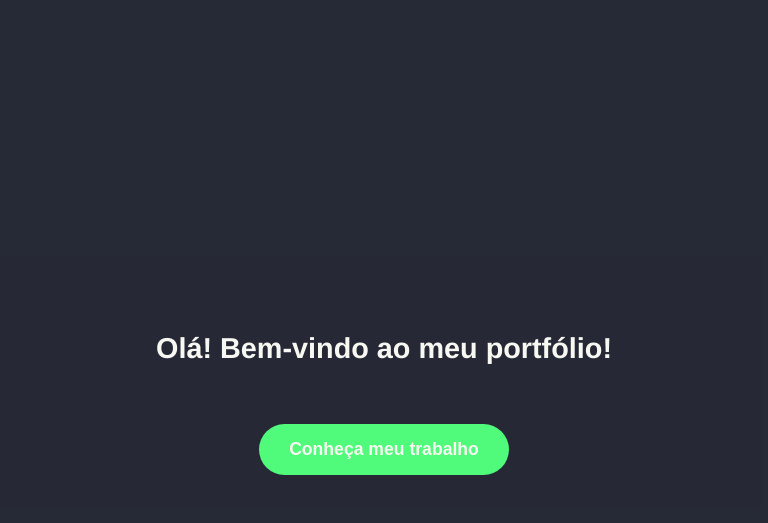
Repository: dan2135/Meu-portif-lio
Page: index.html
An editor plug-in stored every save of this project. The page is shown before and after a run of saves, followed by the edit.
The browser window is 768 px wide. The pictures show the window.
A layer covers the whole window, so only the first screen is drawn.

Above is the page before, as saved 2025-09-26 14:45:06.

### index.html
<!DOCTYPE html>
<html lang="pt-br">
<head>
    <meta charset="UTF-8">
    <meta name="viewport" content="width=device-width, initial-scale=1.0">
    <title>portfólio Daniel</title>
    <link rel="shortcut icon" href="/img/logdev.png" type="image/x-icon">
    <link rel="stylesheet" href="https://cdnjs.cloudflare.com/ajax/libs/font-awesome/6.4.0/css/all.min.css">
 <link rel="stylesheet" href="style.css">

</head>
<body>
    <div class="bg-animation"></div>

    <div id="ola">
        <p>Olá! Bem-vindo ao meu portfólio!</p>
        <button id="sjb" onclick="mostrarConteudo()">Conheça meu trabalho</button>
    </div>

    <div id="conteudo">
        <header>
            <div class="nome">
                <p>Daniel Carlos | Desenvolvedor Front-end</p>
            </div>
            <button class="menu-btn" aria-label="Abrir menu">&#9776;</button>
            <nav>
                <a href="#sobre">Sobre</a>
                <a href="#skills">Habilidades</a>
                <a href="#projetos">Projetos</a>
                <a href="#contato">Contato</a>
            </nav>
        </header>

        <main>
            <section id="sobre">
                <h1>Olá, eu sou o Daniel!</h1>
               <p>Sou <strong>desenvolvedor web autônomo</strong>, com experiência prática em projetos como <strong>FAQ dinâmico</strong>, <strong>pop-ups interativos para download de documentos</strong> e <strong>carrosséis de feedbacks em landing pages</strong>.</p>
<p>Durante minha formação inicial no <strong>Instituto da Oportunidade Social (IOS) em Santana</strong>, adquiri conhecimentos em <strong>HTML, CSS, Git/GitHub, Pacote Office</strong> e uma introdução ao <strong>JavaScript</strong>.</p>
<p>Mais tarde, ampliei meu aprendizado na faculdade, estudando <strong>C</strong>, <strong>gestão estratégica</strong> e <strong>fundamentos de hardware e software</strong>, o que me deu uma base sólida para compreender todo o ciclo de desenvolvimento de sistemas.</p>
<p>Atualmente, possuo <strong>conhecimento intermediário em JavaScript</strong>, noções básicas de <strong>React</strong> e sigo em constante aprendizado, explorando boas práticas de <strong>UX/UI</strong> e ferramentas de <strong>versionamento e automação</strong> para evoluir como desenvolvedor.</p>
<p>Tenho facilidade para <strong>trabalhar em equipe</strong>, sou <strong>adaptável a novas tecnologias</strong> e busco sempre entregar <strong>soluções eficientes e escaláveis</strong> que contribuam para o crescimento e sucesso dos projetos.</p>
<p>Meu objetivo é continuar ampliando minhas habilidades técnicas e criativas para desenvolver aplicações web modernas que unam performance, acessibilidade e uma ótima experiência para o usuário.</p>



            </section>

               <section id="skills">
                <h2>💻 Tecnologias que conheço</h2>
                <div class="skills-grid">
                    <div class="skill-card">
                        <i class="fab fa-html5"></i>
                        <h3>HTML5</h3>
                        <p>Marcacao semântica e acessível</p>
                    </div>
                    <div class="skill-card">
                        <i class="fab fa-css3-alt"></i>
                        <h3>CSS3</h3>
                        <p>Estilizacao moderna e responsiva</p>
                    </div>
                    <div class="skill-card">
                        <i class="fab fa-js"></i>
                        <h3>JavaScript</h3>
                        <p>Interatividade e lógica de aplicacao</p>
                    </div>
                    <div class="skill-card">
                        <i class="fab fa-react"></i>
                        <h3>React</h3>
                        <p>Interfaces componentizadas</p>
                    </div>
                    <div class="skill-card">
                        <i class="fab fa-bootstrap"></i>
                        <h3>Bootstrap</h3>
                        <p>Framework CSS para designs responsivos</p>
                    </div>
                    <div class="skill-card">
                        <i class="fab fa-git-alt"></i>
                        <h3>Git</h3>
                        <p>Controle de versao e colaboracao</p>
                    </div>
                </div>
            </section>

            <section id="projetos">
                <h2>🚀 Projetos</h2>
                <p>Confira alguns projetos que desenvolvi durante meus estudos:</p>
                <div class="projetos-grid">
                    <div class="projeto-card">
                        <div class="projeto-img">
                            <i class="fas fa-desktop"></i>
                        </div>
                        <div class="projeto-info">
                            <h3>Faq Laudo facil</h3>
                            <p>Repositório dedicado à seção de Perguntas Frequentes (FAQ) do Laudo Fácil, contendo conteúdo e código para esclarecer dúvidas de usuários e otimizar a experiência na plataforma.</p>
                            <a href="https://faqlaudo.netlify.app" target="_blank" class="projeto-link">Ver Projeto</a>
                        </div>
                    </div>

                    <div class="projeto-card">
                        <div class="projeto-img">
                            <i class="fas fa-calculator"></i>
                        </div>
                        <div class="projeto-info">
                            <h3>Converso de USD para BRl</h3>
                            <p>Aplicação desenvolvida em HTML, CSS e JavaScript, que reúne uma calculadora funcional com operações matemáticas básicas e um conversor de USD para BRL.<p>
                            <a href="https://conversordolarreal.netlify.app" class="projeto-link" target="_blank">Ver Projeto</a>
                        </div>
                    </div>

                    <div class="projeto-card">
                        <div class="projeto-img">
                           <i class="fa-solid fa-clapperboard"></i>
                        </div>
                        <div class="projeto-info">
                            <h3>Stat viewer</h3>
                            <p>State Viewer – Plataforma web inspirada no Letterboxd para avaliação e descrição de filmes, séries e outras obras.
                                 Permite cadastrar títulos, escrever reviews e acompanhar o que já foi assistido, com interface responsiva e foco em usabilidade.</p>
                            <a href="https://moviestatsviewer.netlify.app/" target="_blank" class="projeto-link">Ver Projeto</a>
                        </div>
                    </div>
                </div>
            </section>

            <section id="contato">
                <h2>📫 Contato</h2>
                <p>Entre em contato comigo por:</p>
                <ul class="contato-links">
                    <li>
                        <i class="fas fa-envelope"></i>
                        <a href="mailto:danielcarlos2135@gmail.com">
                        <span>danielcarlos2135@gmail.com</span></a>
                    </li>
                    <li>
                        <i class="fab fa-linkedin"></i>
                        <a href="https://www.linkedin.com/in/daniel-carlos-963418241" target="_blank">LinkedIn</a>
                    </li>
                    <li>
                        <i class="fab fa-github"></i>
                        <a href="https://github.com/dan2135" target="_blank">GitHub</a>
                    </li>
                    <li>
                        <i class="fab fa-whatsapp"></i>
                        <a href="https://wa.me/5511919988939">
                        <span>(11) 91998-8939</span>
                        </a>
                    </li>
                </ul>
            </section>
        </main>

        <footer>
            <p>&copy; 2023 Daniel Carlos. Todos os direitos reservados.</p>
        </footer>
    </div>

    <script src="script.js">
        // Função para mostrar o conteúdo principal

    </script>
</body>
</html>

### style.css
/* Seu CSS com algumas adaptações */
* {
    margin: 0;
    padding: 0;
    box-sizing: border-box;
}

:root {
    --bg: #282A36;
    --text: #F8F8F2;
    --fundo: #BD93F9;
    --card-bg: #44475A;
    --button-bg: #50FA7B;
    --button-hover: #8BE9FD;
    --highlight: #FF79C6;
    --sombra: 0 4px 20px rgba(0, 0, 0, 0.3);
    --transit: 0.4s ease;
}

body {
    background-color: var(--bg);
    font-family: 'Helvetica Neue', Arial, sans-serif;
    color: var(--text);
    line-height: 1.6;
}

.bg-animation {
    position: fixed;
    top: 0;
    left: 0;
    width: 100%;
    height: 100%;
    z-index: -1;
    background: linear-gradient(45deg, #0f3460, #1a1a2e, #16213e, #1a1a2e);
    background-size: 400% 400%;
    animation: gradientBG 15s ease infinite;
    overflow: hidden;
}

@keyframes gradientBG {
    0% {
        background-position: 0% 50%;
    }

    50% {
        background-position: 100% 50%;
    }

    100% {
        background-position: 0% 50%;
    }
}

/* Tela de boas-vindas */
#ola {
    position: fixed;
    top: 0;
    left: 0;
    width: 100%;
    height: 100vh;
    display: flex;
    flex-direction: column;
    justify-content: center;
    align-items: center;
    background: rgba(40, 42, 54, 0.95);
    z-index: 1000;
    transition: opacity 0.8s ease, visibility 0.8s;
}

#ola.hidden {
    opacity: 0;
    visibility: hidden;
}

#ola p {
    color: var(--text);
    font-size: 2.5rem;
    font-weight: bold;
    margin-bottom: 2rem;
    text-align: center;
    animation: fadeIn 1.5s ease;
}

#sjb {
    color: var(--text);
    font-size: 1.1rem;
    font-weight: bold;
    border: none;
    border-radius: 30px;
    padding: 15px 30px;
    margin-top: 20px;
    cursor: pointer;
    transition: all 0.7s ease;
    background-color: var(--button-bg);
    display: inline-block;
}

#sjb:hover {
    background-color: var(--button-hover);
    transform: translateY(-4px);
}

/* Conteúdo principal */
#conteudo {
    opacity: 0;
    transform: translateY(20px);
    transition: opacity 0.8s ease, transform 0.8s ease;
    display: block;
}

#conteudo.visible {
    opacity: 1;
    transform: translateY(0);
}

/* Header */
header {
    background-color: rgba(22, 33, 62, 0.9);
    width: 100%;
    padding: 1.3rem 5%;
    display: flex;
    justify-content: space-between;
    align-items: center;
    box-shadow: var(--sombra);
    position: sticky;
    top: 0;
    z-index: 100;
}

.menu-btn {
    font-size: 1.8rem;
    background: none;
    border: none;
    color: #fff;
    cursor: pointer;
    display: none;
    /* Escondido no desktop */
}


.nome {
    color: var(--text);
    font-size: 1.2rem;
    font-weight: bold;
}

nav {
    display: flex;
    align-items: center;
    gap: 1.5rem;
}

nav a {
    color: var(--text);
    text-decoration: none;
    font-weight: bold;
    padding: 0.5rem;
    transition: color 0.3s;
    position: relative;
    overflow: hidden;
}

nav a:hover {
    color: var(--button-hover);
}

nav a::after {
    content: '';
    position: absolute;
    left: 0;
    bottom: 0;
    width: 100%;
    height: 2px;
    background-color: var(--button-hover);
    transform: translateY(100%);
    transition: transform 0.3s ease;
}

nav a.active::after,


nav a:hover::after {
    transform: translateY(0);
}

/* Seções */
section {
    padding: 6rem 5%;
    max-width: 1200px;
    margin: 0 auto;
    min-height: 100vh;
    display: flex;
    flex-direction: column;
    justify-content: center;
    opacity: 0;
    transform: translateY(50px) scale(0.95);
    transition: all 0.4s var(--transit);
    animation: fadeIn 1.5s ease;
}

section.active {
    opacity: 1;
    transform: translateY(0) scale(1);
    animation: fadeIn 1.5s ease;
}

section.exiting {
    opacity: 0;
    transform: translateY(-50px) scale(0.95);
}


h1,
h2 {
    color: var(--text);
    margin-bottom: 2rem;
    position: relative;
}

h1 {
    color: var(--highlight);
    font-size: 3.5rem;
    font-weight: 200;
    text-transform: uppercase;
    letter-spacing: -0.05em;
    padding-top: 1rem;
}

h1:after,
h2:after {
    content: '';
    position: absolute;
    left: 0;
    bottom: -10px;
    width: 60px;
    height: 4px;
    background-color: var(--highlight);
    border-radius: 2px;
}

h2:after {
    width: 40px;
}

h2 {
    font-size: 2.2rem;
    margin-top: 3rem;
}

#sobre {
    display: block;
    width: 100%;
    margin-top: 2rem;
}

#sobre h1 {
    display: block;
    font-size: 3.5rem;
    margin-bottom: 2rem;
}

#sobre p {
    text-align: left;
    color: var(--text);
    font-size: 1.2rem;
    line-height: 1.6;
    margin-bottom: 1.5rem;
    margin-left: 0;
    margin-top: 1rem;
}

strong {
    color: var(--button-hover);
}

/* Skills */
.skills-grid {
    display: grid;
    grid-template-columns: repeat(auto-fill, minmax(250px, 1fr));
    gap: 1.5rem;
    margin-top: 2rem;
}

.skill-card {
    background: rgba(255, 255, 255, 0.05);
    padding: 1.5rem;
    border-radius: 10px;
    box-shadow: 0 3px 10px rgba(0, 0, 0, 0.2);
    transition: var(--transit);
    display: flex;
    flex-direction: column;
    align-items: center;
    text-align: center;
    opacity: 1;
    transform: translateY(20px);
}

.skill-card.visible {
    opacity: 1;
    transform: translateY(0);
}

.skill-card i {
    color: var(--primary);
    font-size: 2.5rem;
    margin-bottom: 1rem;
}

.skill-card h3 {
    font-size: 1.3rem;
    margin-bottom: 0.5rem;
    color: var(--text);
}

.skill-card:hover {
    transform: translateY(4px);
    box-shadow: 0 8px 15px rgba(0, 0, 0, 0.3);
    background: rgba(255, 255, 255, 0.1);
    cursor: pointer;
}


/* Projetos */
.projetos-grid {
    display: grid;
    grid-template-columns: repeat(auto-fill, minmax(300px, 1fr));
    gap: 2rem;
    margin-top: 2rem;
}

.projeto-card {
    background: rgba(255, 255, 255, 0.05);
    border-radius: 10px;
    overflow: hidden;
    transition: var(--transit);
    box-shadow: 0 5px 15px rgba(0, 0, 0, 0.2);
    opacity: 0;
    transform: translateY(20px);
}

.projeto-card.visible {
    opacity: 1;
    transform: translateY(0);
}

.projeto-img {
    height: 200px;
    background: linear-gradient(45deg, var(--secondary), var(--primary));
    display: flex;
    align-items: center;
    justify-content: center;
    color: white;
    font-size: 3rem;
    position: relative;
    overflow: hidden;
}

.projeto-img:after {
    content: '';
    position: absolute;
    top: 0;
    left: 0;
    width: 100%;
    height: 100%;
    background: linear-gradient(transparent, rgba(90, 91, 139, 0.7));
}

.projeto-info {
    padding: 1.5rem;
}

.projeto-info h3 {
    margin-bottom: 0.8rem;
    color: var(--text);
    font-size: 1.4rem;
}

.projeto-info p {
    margin-bottom: 1.2rem;
    color: #ccc;
    font-size: 1rem;
}

.projeto-link {
    display: inline-block;
    padding: 0.6rem 1.2rem;
    background-color: var(--button-hover);
    color: var(--bg);
    text-decoration: none;
    border-radius: 5px;
    transition: var(--transit);
    font-weight: 500;
}

.projeto-link:hover {
    background-color: var(--highlight);
    transform: translateY(-3px);
}

/* Contato */


.contato-links {
    display: grid;
    grid-template-columns: repeat(auto-fill, minmax(250px, 1fr));
    gap: 1.5rem;
    list-style: none;
    margin-top: 2rem;
}

.contato-links li {
    background: rgba(255, 255, 255, 0.1);
    padding: 1.5rem;
    border-radius: 8px;
    box-shadow: 0 3px 10px rgba(0, 0, 0, 0.2);
    transition: var(--transit);
    display: flex;
    align-items: center;
    gap: 15px;
}

.contato-links li:hover {
    transform: translateY(-5px);
    box-shadow: 0 8px 15px rgba(0, 0, 0, 0.3);
}

.contato-links i {
    color: var(--button-hover);
    font-size: 1.8rem;
}

.contato-links a {
    color: var(--text);
    text-decoration: none;
    transition: var(--transit);
}

.contato-links a:hover {
    color: var(--button-hover);
}

/* Footer */
footer {
    text-align: center;
    padding: 2rem;
    background-color: rgba(22, 33, 62, 0.9);
    color: var(--text);
    margin-top: 3rem;
}



/* Animações */
@keyframes fadeIn {
    from {
        opacity: 0;
        transform: translateY(20px);
    }

    to {
        opacity: 1;
        transform: translateY(0);
    }
}

/* Responsividade */
@media (max-width: 768px) {
    header {
        flex-direction: column;
        gap: 1rem;
        text-align: center;
        padding: 1rem;
    }

    nav {
        gap: 1rem;
        flex-wrap: wrap;
        justify-content: center;
    }

    #ola p {
        font-size: 1.8rem;
        padding: 0 1rem;
    }

    section {
        padding: 3rem 1rem;
    }

    #sobre h1 {
        font-size: 2.5rem;
    }

    #sobre p {
        font-size: 1.1rem;
    }

    .projetos-grid {
        grid-template-columns: 1fr;
    }
}

### script.js
     function mostrarConteudo() {
            document.getElementById('ola').classList.add('hidden');
            document.getElementById('conteudo').classList.add('visible');

            // Iniciar observadores após mostrar o conteúdo
            setTimeout(() => {
                iniciarObservadorSecoes();
                iniciarObservadorElementos();
                configurarNavegacao();
            }, 300);
        }

        // Observador para as seções principais
        function iniciarObservadorSecoes() {
            const sections = document.querySelectorAll('section');
            const navLinks = document.querySelectorAll('nav a');

            const observer = new IntersectionObserver((entries) => {
                entries.forEach(entry => {
                    if (entry.isIntersecting) {
                        // Remover a classe ativa de todas as seções
                        sections.forEach(section => {
                            if (section !== entry.target) {
                                section.classList.add('exiting');
                                setTimeout(() => {
                                    section.classList.remove('active', 'exiting');
                                }, 300);
                            }
                        });

                        // Adicionar a classe ativa à seção visível
                        entry.target.classList.add('active');

                        // Atualizar o link de navegação ativo
                        const id = entry.target.getAttribute('id');
                        navLinks.forEach(link => {
                            link.classList.remove('active');
                            if (link.getAttribute('href') === `#${id}`) {
                                link.classList.add('active');
                            }
                        });
                    }
                });
            }, { threshold: 0.5 });

            sections.forEach(section => {
                observer.observe(section);
            });
        }

        // Observador para elementos individuais (skills, projetos, contato)
        function iniciarObservadorElementos() {
            const skillItems = document.querySelectorAll('#skills li');
            const projectCards = document.querySelectorAll('.projeto-card');
            const contactItems = document.querySelectorAll('.contato-links li');

            const elements = [...skillItems, ...projectCards, ...contactItems];

            const observer = new IntersectionObserver((entries) => {
                entries.forEach(entry => {
                    if (entry.isIntersecting) {
                        setTimeout(() => {
                            entry.target.classList.add('visible');
                        }, 100);
                    }
                });
            }, { threshold: 0.2 });

            elements.forEach(element => {
                observer.observe(element);
            });
        }

        // Configurar navegação suave
        function configurarNavegacao() {
            document.querySelectorAll('nav a').forEach(anchor => {
                anchor.addEventListener('click', function(e) {
                    e.preventDefault();
                    const targetId = this.getAttribute('href');
                    const targetElement = document.querySelector(targetId);

                    window.scrollTo({
                        top: targetElement.offsetTop - 100,
                        behavior: 'smooth'
                    });
                });
            });
        }

        document.addEventListener("DOMContentLoaded", function() {
            // Inicialização adicional quando necessário
        });

After the next 3 saves:
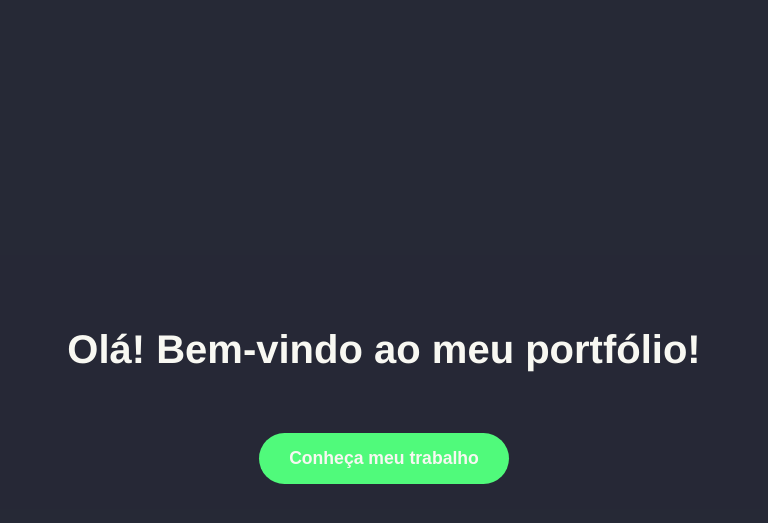
The 3 saves are shown as one change because they came seconds apart.
The last was saved 4 min 9 s later.
--- a/style.css
+++ b/style.css
@@ -464,7 +464,7 @@ footer {
 }
 
 /* Responsividade */
-@media (max-width: 768px) {
+@media (max-width: 768px) (min) {
     header {
         flex-direction: column;
         gap: 1rem;
